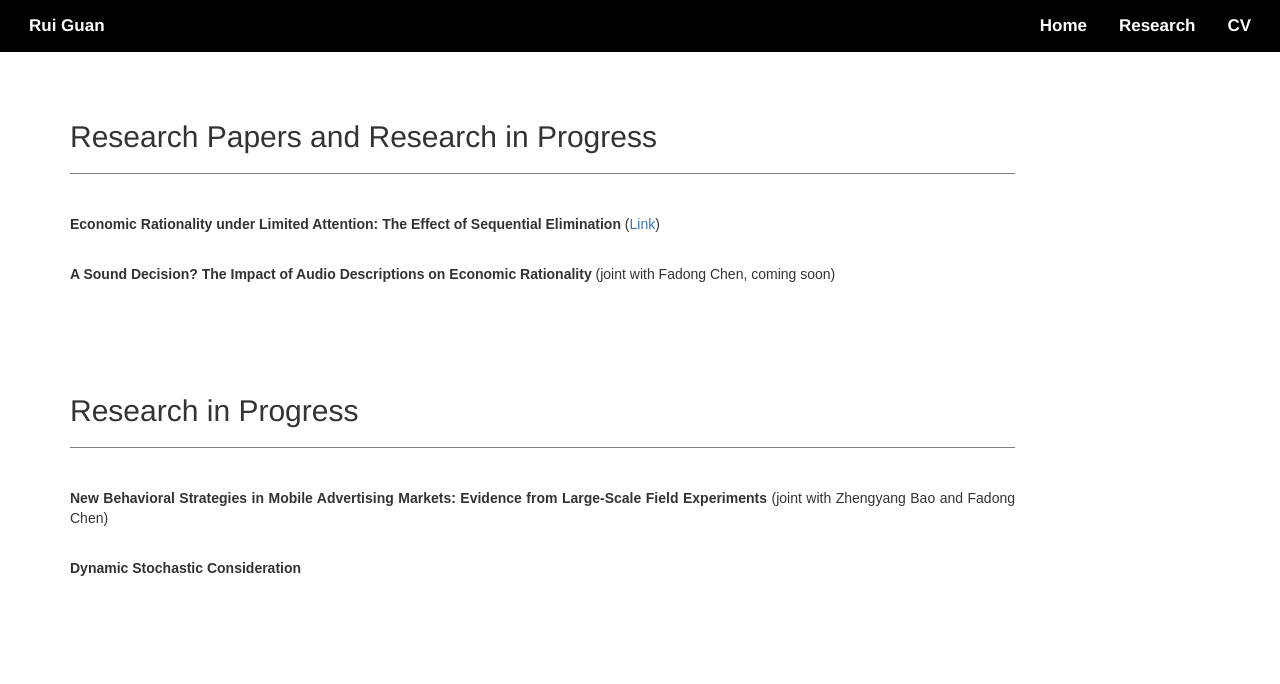
Repository: rui-guan/rui-guan.github.io
Page: research.html
These files come from the project's save history. The page is drawn as it stood at one moment and after the next save; the edit follows.
The browser window is 1280 px wide. The pictures show the whole page.

Above is the page before, as saved 2024-04-28 15:44:20.

### research.html

<!DOCTYPE html>
<html lang="en">


  <html lang="en">
    <head>
      <title>Rui Guan</title>
      <meta charset="utf-8">
      <meta name="viewport" content="width=device-width, initial-scale=1">
      <link rel="stylesheet" href="https://maxcdn.bootstrapcdn.com/bootstrap/3.3.6/css/bootstrap.min.css">
      <script src="https://ajax.googleapis.com/ajax/libs/jquery/1.12.0/jquery.min.js"></script>
      <script src="https://maxcdn.bootstrapcdn.com/bootstrap/3.3.6/js/bootstrap.min.js"></script>
      <link href='https://fonts.googleapis.com/css?family=Oswald:700' rel='stylesheet' type='text/css'>
      <style>

        p {text-align: justify;
          font-size: 14px;
          font-family: Arial, Helvetica, sans-serif;
        }


        nav{
    display: flex;
    position: fixed;
    top:0;
    width: 100%;
    background-color: black;
    overflow: auto;
    height: auto;
    padding-left: 15px;
    padding-right: 15px;
  }
  .left-links{
    flex:1 1 200px;
  }
  .links {
    display: inline-block;
    text-align: center;
    padding: 14px;
    color: white;
    text-decoration: none;
    font-size: 17px;
    font-weight: bolder;
  }
  .links:hover {
    color: white;
  }
  .selected{
    color: white;
  }

        </style>
    </head>
    <body>

    <!-- Navigation -->
<!-- Navigation -->
<nav>
  <div class="left-links">
    <a class="links"  href="index.html">Rui Guan</a>

  </div>
  <div class="right-links">

  <a class="links"  href="index.html">Home</a>
   <a class="links"  href="research.html">Research</a>
   <a class="links" href="./asset/cv.pdf">CV</a>
  </div>
  </nav>
  <!-- Page Content -->

  <br>
  <br>
  <br>
  <br>
  <br>

    <!-- Page Content -->
    <div class="container">

        <div class="row">
            <div class="col-md-10" style="height">
                <h2 id="slides">Research Papers and Research in Progress</h2>
                <hr style="height:1px;border-width:0;color:gray;background-color:gray">
                <br>
                <p>
                  <strong>Economic Rationality under Limited Attention: The Effect of Sequential Elimination</strong> (<a href="./paper/ERuLA.pdf">Link</a>)
                </p>
                <br>
                <p>
                  <strong>A Sound Decision? The Impact of Audio Descriptions on Economic Rationality </strong> (joint with Fadong Chen, coming soon)
                </p>
                <br>

                <br>
                <br>
                <br>
                <h2 id="slides">Research in Progress</h2>
                <hr style="height:1px;border-width:0;color:gray;background-color:gray">
                <br>
                <p>
                  <strong>New Behavioral Strategies in Mobile Advertising Markets: Evidence from Large-Scale Field Experiments </strong> (joint with Zhengyang Bao and Fadong Chen)
                </p>
                <br>
                <p>
                  <strong>Dynamic Stochastic Consideration</strong>
                </p>
                <br>
                <br>
                <br>
          </div>
        </div>

    </div>
    <!-- /.container -->

</body>

</html>

After the next save:
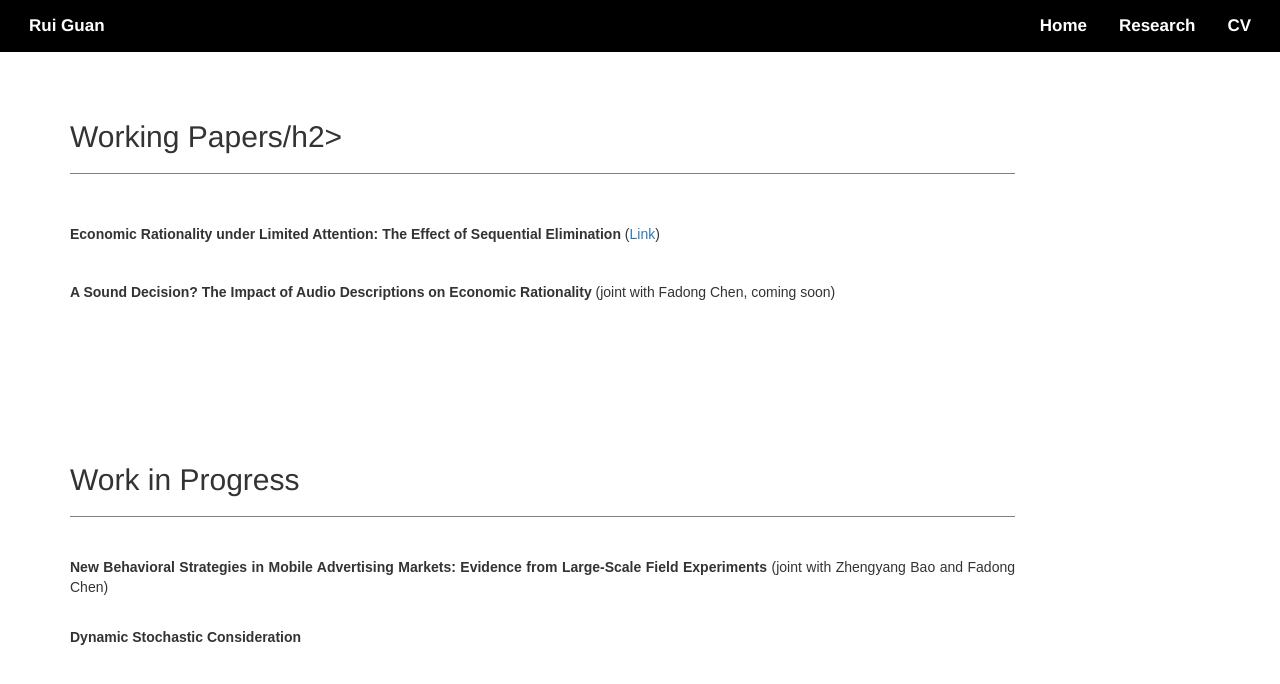
Saved 18 s later.
--- a/research.html
+++ b/research.html
@@ -81,7 +81,7 @@
 
         <div class="row">
             <div class="col-md-10" style="height">
-                <h2 id="slides">Research Papers and Research in Progress</h2>
+                <h2 id="slides">Working Papers/h2>
                 <hr style="height:1px;border-width:0;color:gray;background-color:gray">
                 <br>
                 <p>
@@ -96,7 +96,7 @@
                 <br>
                 <br>
                 <br>
-                <h2 id="slides">Research in Progress</h2>
+                <h2 id="slides">Work in Progress</h2>
                 <hr style="height:1px;border-width:0;color:gray;background-color:gray">
                 <br>
                 <p>
